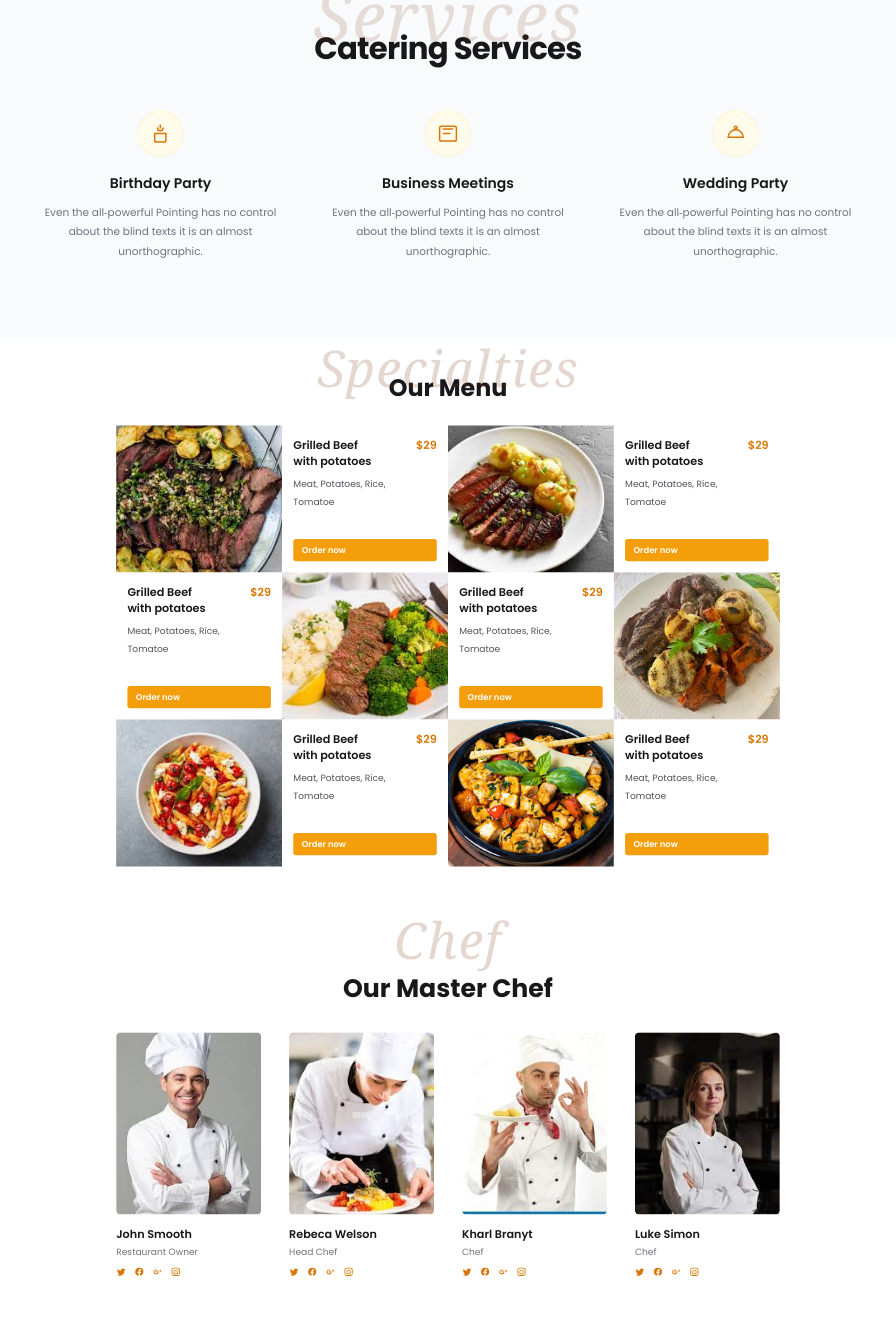
Repository: Purniagithub/Benttacproject
Page: /
These files come from the project's save history. The page is drawn as it stood at one moment and after the next save; the edit follows.
The browser window is 1280 px wide. The pictures show the part of the page from y = 1227 to 3147 px (the page is 3147 px tall), at 70% of full size.
Some web fonts or font styles are not loaded; a fallback is used. The project was rebuilt for these pictures with package versions that can differ from the ones it lists, and the page was loaded fresh each time. Also part of the build but not shown: vite.config.js.

Above is the page before, as saved 2025-08-21 18:36:39.

After the next save:
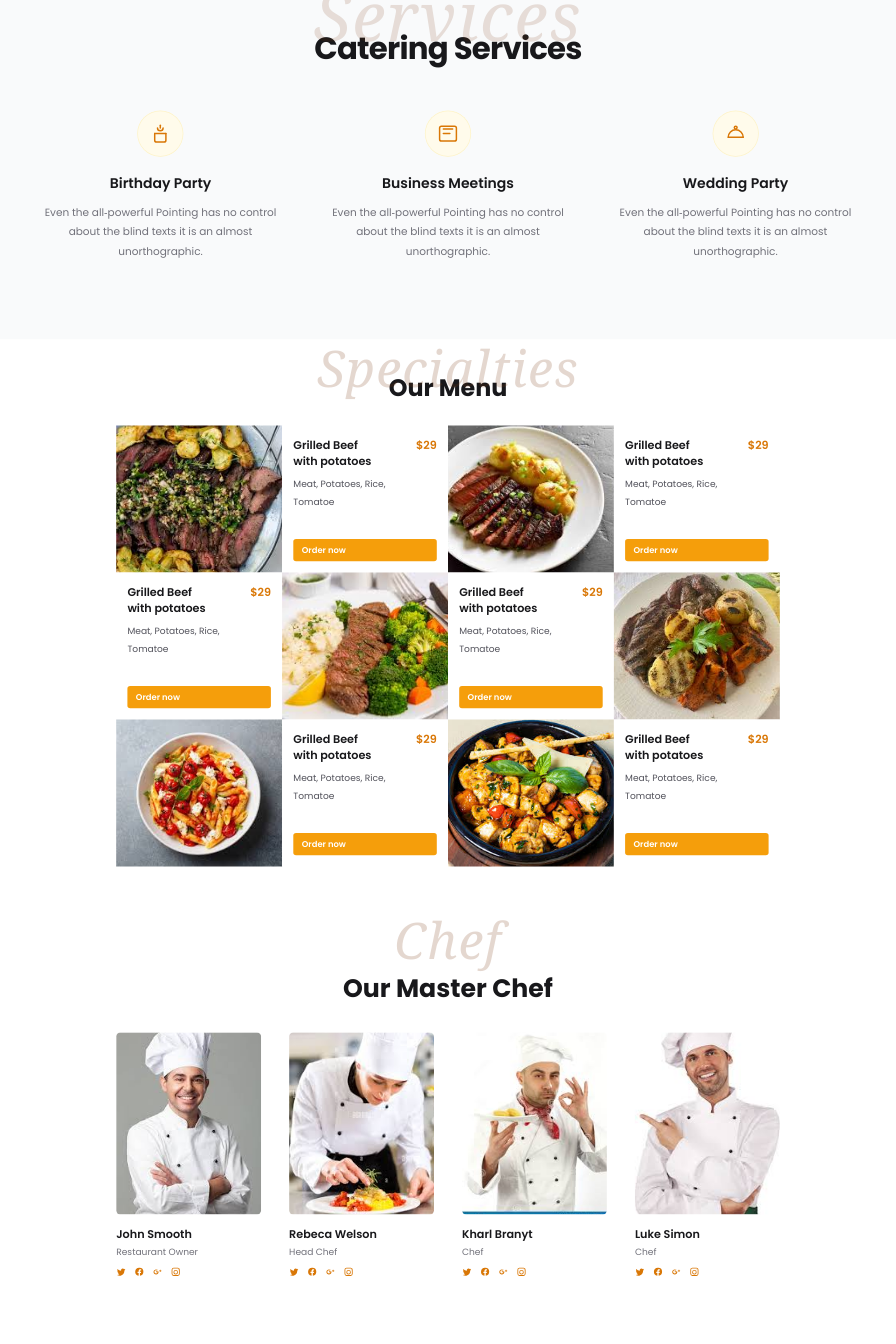
Saved 15 s later.
--- a/src/components/MasterChef.jsx
+++ b/src/components/MasterChef.jsx
@@ -44,7 +44,7 @@ const chefs = [
   {
     name: "Luke Simon",
     role: "Chef",
-    src: "/chef-11.jpeg",
+    src: "/chef-8.jpeg",
     alt: "Chef Luke Simon",
   },
 ];
